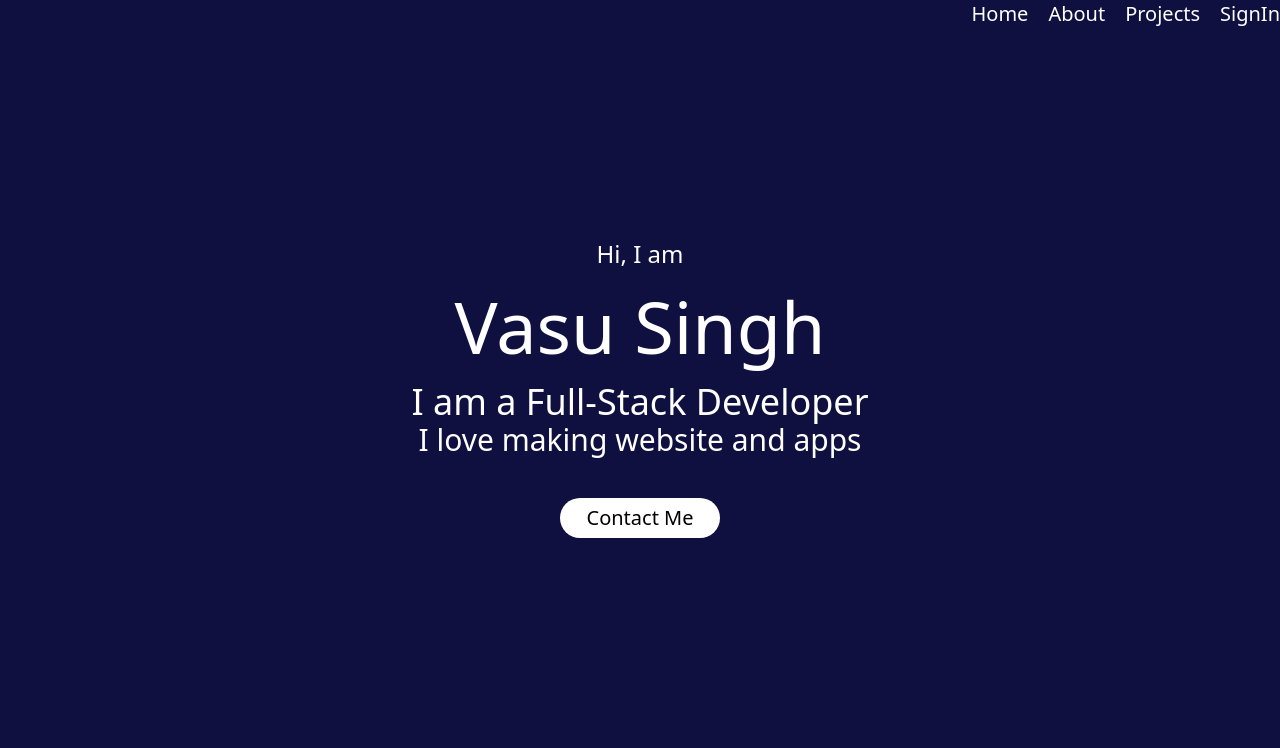
Repository: vasucp1207/vasuDev
Page: /
These files come from the project's save history. The page is drawn as it stood at one moment and after the next save; the edit follows.
The browser window is 1280 px wide. The pictures show the whole page.
The project was rebuilt for these pictures with package versions that can differ from the ones it lists, and the page was loaded fresh each time. The framework's server and built-in components were replaced by stand-ins that run in the browser. Also part of the build but not shown: next.config.js.

Above is the page before, as saved 2022-07-17 23:10:33.

### pages/index.tsx
import type { NextPage } from 'next'
import Head from 'next/head'
import Hero from './Hero'
import Navbar from './Navbar'

const Home: NextPage = () => {
  return (
    <div className="p-0 m-0 bg-darkB text-white">
      <Head>
        <title>Create Next App</title>
      </Head>

      <Navbar />
      <Hero />
    </div>
  )
}

export default Home

### pages/Hero.tsx
import React from 'react'

function Hero() {
  return (
    <div className='h-screen bg-darkB'>
        <div className='text-white flex flex-col justify-center items-center h-screen'>
            <p className='text-2xl'>Hi, I am</p>
            <h1 className='mt-5 text-7xl'>Vasu Singh</h1>
            <h3 className='mt-5 text-4xl'>I am a Full-Stack Developer</h3>
            <h4 className='text-3xl'>I love making website and apps</h4>
            <button className='hover:text-white transition-all 200 hover:bg-green-400 mt-10 bg-white text-black h-10 w-40 outline-none rounded-full text-xl'>Contact Me</button>
        </div>
    </div>
  )
}

export default Hero

### pages/Navbar.tsx
import React from 'react'

function Navbar() {
  return (
    <div className='bg-transparent flex justify-end'>
        <div className='flex space-x-5 text-xl font-normal ml-5'>
            <p>Home</p>
            <p>About</p>
            <p>Projects</p>
            <p>SignIn</p>
        </div>
    </div>
  )
}

export default Navbar

### tailwind.config.js
/** @type {import('tailwindcss').Config} */
module.exports = {
  content: [
    './pages/**/*.{js,ts,jsx,tsx}',
    './components/**/*.{js,ts,jsx,tsx}',
  ],
  theme: {
    extend: {
      colors: {
        darkB: 'rgba(15, 16, 63, 1)'
      }
    },
  },
  plugins: [],
}

Loaded but not shown: pages/_app.tsx (common file); styles/globals.css (common file)

After the next save:
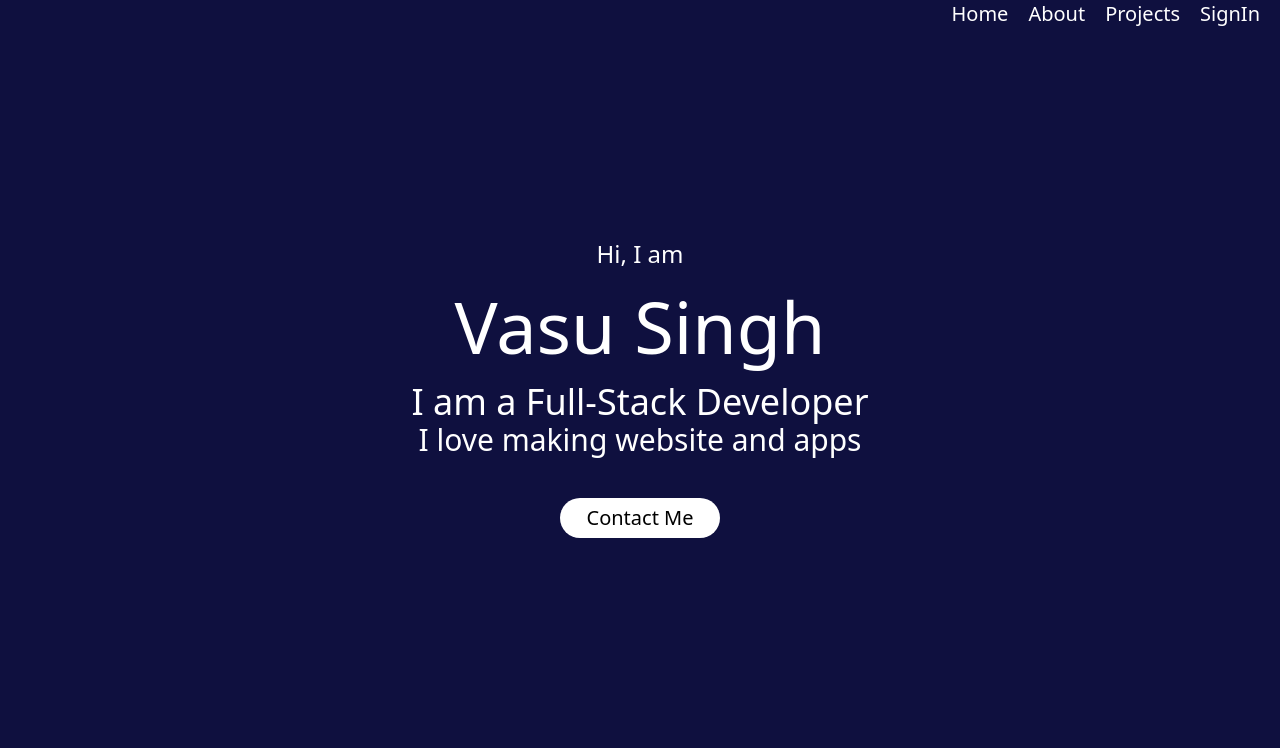
Saved 6 s later.
--- a/pages/Navbar.tsx
+++ b/pages/Navbar.tsx
@@ -3,7 +3,7 @@ import React from 'react'
 function Navbar() {
   return (
     <div className='bg-transparent flex justify-end'>
-        <div className='flex space-x-5 text-xl font-normal ml-5'>
+        <div className='flex space-x-5 text-xl font-normal mr-5'>
             <p>Home</p>
             <p>About</p>
             <p>Projects</p>
